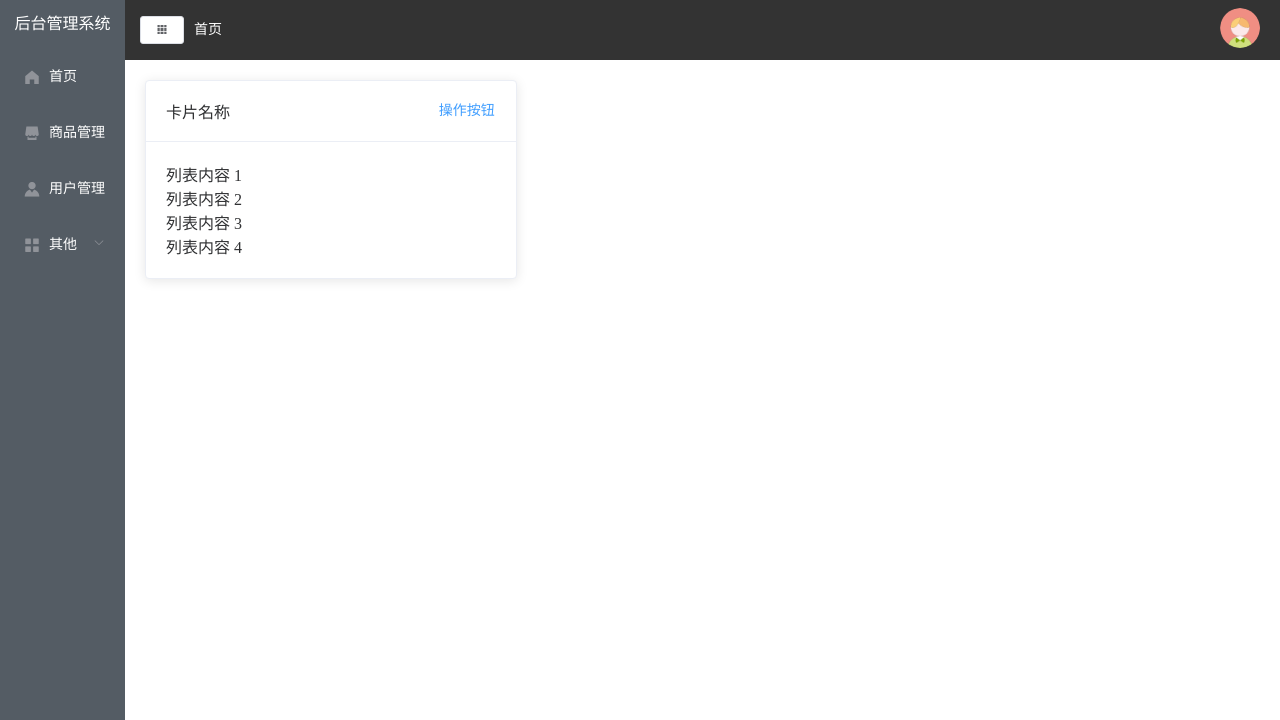
Repository: tkqi/manage
Page: /
These files come from the project's save history. The page is drawn as it stood at one moment and after the next save; the edit follows.
The browser window is 1280 px wide. The pictures show the whole page.
The project was rebuilt for these pictures with package versions that can differ from the ones it lists, and the page was loaded fresh each time. Also part of the build but not shown: vue.config.js.

Above is the page before, as saved 2023-12-03 15:27:59.

### src/main.js
import Vue from 'vue'
import App from './App.vue'
import router from './router'
import store from './store'
import ElementUI from 'element-ui';
import 'element-ui/lib/theme-chalk/index.css';

Vue.config.productionTip = false
Vue.use(ElementUI);

new Vue({
  router,
  store,
  render: h => h(App)
}).$mount('#app')

### src/App.vue
<template>
  <div id="app">
    <!-- 路由出口 -->
    <router-view />
  </div>
</template>

<script>
export default {
  name: 'App'
}
</script>

<style lang="less">
html,
body,
h3 {
  margin: 0;
  padding: 0;
}
</style>

### src/router/index.js
import Vue from 'vue'
import VueRouter from 'vue-router'
import routes from './routes'
Vue.use(VueRouter)


const router = new VueRouter({
  routes: routes
})

// 暴露router实例
export default router

### src/store/index.js
import Vue from 'vue'
import Vuex from 'vuex'
import tab from './tab.js'

Vue.use(Vuex)

const store = new Vuex.Store({
  state: {

  },
  getters: {
  },
  mutations: {
  },
  actions: {
  },
  modules: {
    tab
  }
})

export default store;

### src/router/routes.js
export default [
    // 主路由
    {
        path: '/',
        component: () => import('../views/Main.vue'),
        redirect: '/home',// 重定向
        // 子路由
        children: [
            {
                // 首页
                path: '/home',
                // 路由组件懒加载
                component: () => import('../views/Home.vue')
            },
            {
                // 用户管理
                path: '/user',
                component: () => import('../views/User.vue')
            },
            {
                // 商品管理
                path: '/mall',
                component: () => import('../views/Mall.vue')
            },
            {
                // 其他/页面1
                path: '/page1',
                component: () => import('../views/Page1.vue')
            },
            {
                // 其他/页面2
                path: '/page2',
                component: () => import('../views/Page2.vue')
            },
        ]
    },
    {
        path: '/home',
        // 路由组件懒加载
        component: () => import('../views/Home.vue')
    },
    {
        path: '/user',
        component: () => import('../views/User.vue')
    }
]

### src/store/tab.js
// 菜单相关数据
export default {
    state: {
        isCollapse: false
    },
    getters: {
        getisCollapse: (state) => state.isCollapse
    },
    mutations: {
        EDITIsCollapse(state){
            state.isCollapse = !state.isCollapse;
        }
    }
}

### src/views/Main.vue
<!-- eslint-disable vue/multi-word-component-names -->
<template>
    <div>
        <el-container>
            <el-aside width="auto">
                <sidebar />
            </el-aside>
            <el-container>
                <el-header>
                    <topbar />
                </el-header>
                <el-main>
                    <transition>
                        <router-view />
                    </transition>
                </el-main>
            </el-container>
        </el-container>
    </div>
</template>

<script>
import sidebar from '../components/sidebar.vue'
import topbar from '../components/topbar.vue';
export default {
    components: {
        sidebar,
        topbar
    }
}
</script>

<style lang="less" scoped>
.el-header {
    padding: 0;
    margin: 0;
}
</style>

### src/views/Home.vue
<!-- eslint-disable vue/multi-word-component-names -->
<template>
    <el-row>
        <el-col :span="8">
            <div class="grid-content bg-purple">
                <el-card class="box-card">
                    <div slot="header" class="clearfix">
                        <span>卡片名称</span>
                        <el-button style="float: right; padding: 3px 0" type="text">操作按钮</el-button>
                    </div>
                    <div v-for="o in 4" :key="o" class="text item">
                        {{ '列表内容 ' + o }}
                    </div>
                </el-card>
            </div>
        </el-col>
        <el-col :span="16">
            <div class="grid-content bg-purple-light"></div>
        </el-col>
    </el-row>
</template>

<script>
export default {
    data() {
        return {

        }
    }
}
</script>

<style lang="less" scoped></style>

### src/components/sidebar.vue
<!-- eslint-disable vue/multi-word-component-names -->
<template>
    <el-menu class="menu" @open="handleOpen" @close="handleClose" :collapse="isCollapse" background-color="#545c64"
        text-color="#fff" active-text-color="#ffd04b">
        <h3>{{ !isCollapse?'后台管理系统':'后台' }}</h3>
        <el-menu-item v-for="item in noChildren" :key="item.name" :index="item.name" @click="clickMenu(item)">
            <i :class="`el-icon-${item.icon}`"></i>
            <span slot="title">{{ item.label }}</span>
        </el-menu-item>
        <el-submenu v-for="item in hasChildren" :key="item.label" :index="item.label">
            <template slot="title">
                <i :class="`el-icon-${item.icon}`"></i>
                <span slot="title">{{ item.label }}</span>
            </template>
            <el-menu-item-group v-for="subitem in item.children" :key="subitem.name">
                <el-menu-item :index="subitem.name" @click="clickSubmenu(subitem)">
                    <!-- <template slot="title"> -->
                    <i :class="`el-icon-${subitem.icon}`"></i>
                    <span slot="title">{{ subitem.name }}</span>
                    <!-- </template> -->
                </el-menu-item>
            </el-menu-item-group>
        </el-submenu>
    </el-menu>
</template>

<script>
export default {
    computed: {
        // 无子菜单
        noChildren() {
            return this.menuData.filter(o => !o.children);
        },
        // 有子菜单
        hasChildren() {
            return this.menuData.filter(o => o.children);
        },
        isCollapse() {
           return this.$store.state.tab.isCollapse;
        }
    },
    data() {
        return {
            // 使用store实时改变属性需要定义到computed
            // isCollapse: this.$store.getters('getisCollapse'),
            menuData: [
                {
                    path: '/',
                    name: 'home',
                    label: "首页",
                    icon: 's-home',
                    url: 'Home/Home'
                },
                {
                    path: '/mall',
                    name: 'mall',
                    label: "商品管理",
                    icon: 's-shop',
                    url: 'MallManage/MallManage'
                },
                {
                    path: '/user',
                    name: 'user',
                    label: "用户管理",
                    icon: 's-custom',
                    url: 'UserManage/UserManage'
                },
                {
                    label: '其他',
                    icon: 'menu',
                    children: [
                        {
                            path: '/page1',
                            name: 'page1',
                            label: "页面1",
                            icon: 's-claim',
                            url: 'Other/PageOne'
                        },
                        {
                            path: '/page2',
                            name: 'page2',
                            label: "页面2",
                            icon: 's-claim',
                            url: 'Other/PageTwo'
                        },
                    ]
                }
            ]
        };
    },
    methods: {
        handleOpen(key, keyPath) {
            console.log(key, keyPath);
        },
        handleClose(key, keyPath) {
            console.log(key, keyPath);
        },
        clickMenu(item) {
            console.log(this.$router.currentRoute.path);
            // 判断当前路由于点击链接的路由不一致才跳转
            if (item.path != this.$route.path && !(this.$route.path == '/home' && item.path == '/'))
                this.$router.push(item.path);
        },
        clickSubmenu(subitem) {
            // 判断当前路由于点击链接的路由不一致才跳转
            if (subitem.path != this.$route.path)
                this.$router.push(subitem.path);
        }
    }
}
</script>

<style lang="less" scoped>
.el-menu-vertical-demo:not(.el-menu--collapse) {
    width: 200px;
    min-height: 400px;
}

.menu {
    height: 100vh;
    border-right:0;
    h3 {
        color: rgb(255, 255, 255);
        text-align: center;
        line-height: 48px;
        font-size: 16px;
        font-weight: 400;
    }
}
</style>

### src/components/topbar.vue
<!-- eslint-disable vue/multi-word-component-names -->
<template>
    <div class="head-container">
        <div class="l-content">
            <el-button icon="el-icon-s-grid" size="mini" @click="changeCollapse()"/>
            <!-- 面包屑 -->
            <span class="text">首页</span>
        </div>
        <div class="r-content">
            <el-dropdown>
                <span class="el-dropdown-link">
                    <img class="img" src="../assets/img/user-default.png" alt="">
                </span>
                <el-dropdown-menu slot="dropdown">
                    <el-dropdown-item>个人中心</el-dropdown-item>
                    <el-dropdown-item>退出</el-dropdown-item>
                </el-dropdown-menu>
            </el-dropdown>
        </div>
    </div>
</template>

<script>
export default {
    data(){
        return{

        }
    },
    methods:{
        changeCollapse(){
            console.log(1);
            this.$store.commit('EDITIsCollapse');
        }
    }
}
</script>

<style lang="less" scoped>
.head-container {
    background-color: #333;
    height: 60px;
    display: flex;
    justify-content: space-between;
    align-items: center;
    padding-left: 15px;
    padding-right: 20px;
}

// .l-content {
//     padding-left: 15px;
// }

// .r-content {}

.text {
    color: white;
    font-size: 14px;
    padding-left: 10px;
}

.img{
    height: 40px;
    width: 40px;
    border-radius: 50%;
}
</style>

Loaded but not shown: public/index.html (common file)

After the next save:
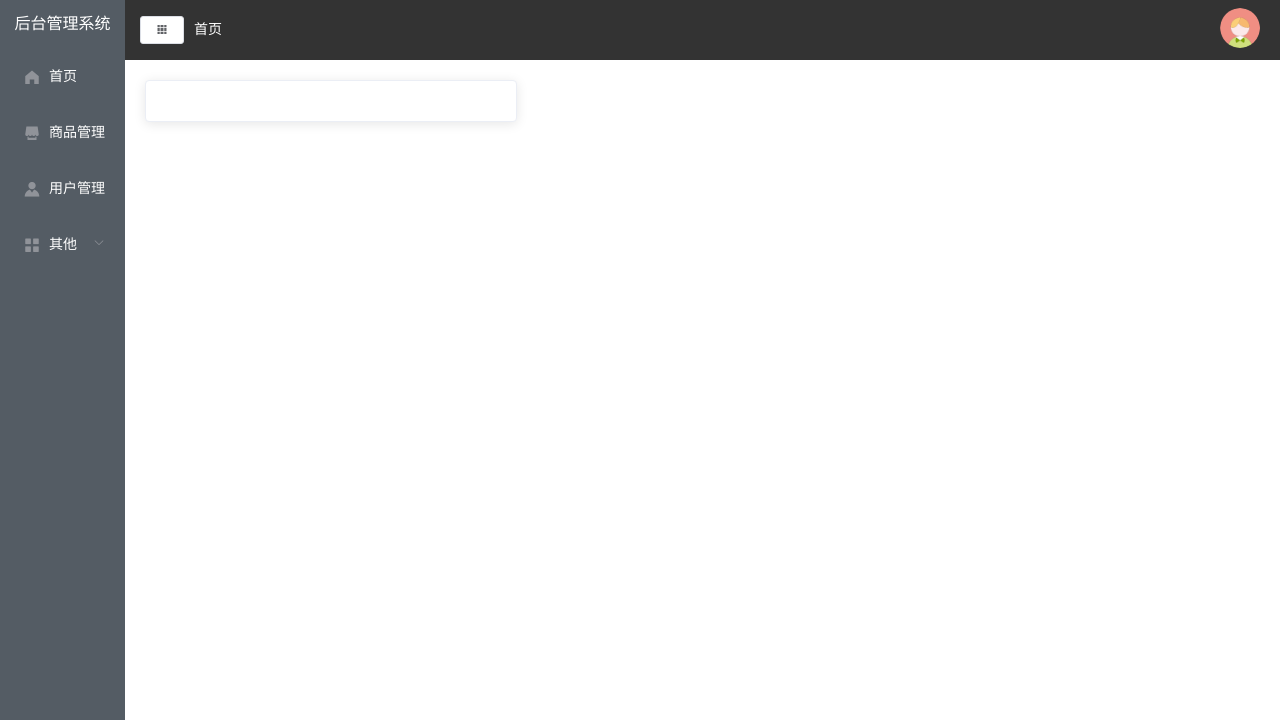
Saved 2 min 8 s later.
--- a/src/views/Home.vue
+++ b/src/views/Home.vue
@@ -4,13 +4,8 @@
         <el-col :span="8">
             <div class="grid-content bg-purple">
                 <el-card class="box-card">
-                    <div slot="header" class="clearfix">
-                        <span>卡片名称</span>
-                        <el-button style="float: right; padding: 3px 0" type="text">操作按钮</el-button>
-                    </div>
-                    <div v-for="o in 4" :key="o" class="text item">
-                        {{ '列表内容 ' + o }}
-                    </div>
+                    <div></div>
+                    <div></div>
                 </el-card>
             </div>
         </el-col>
